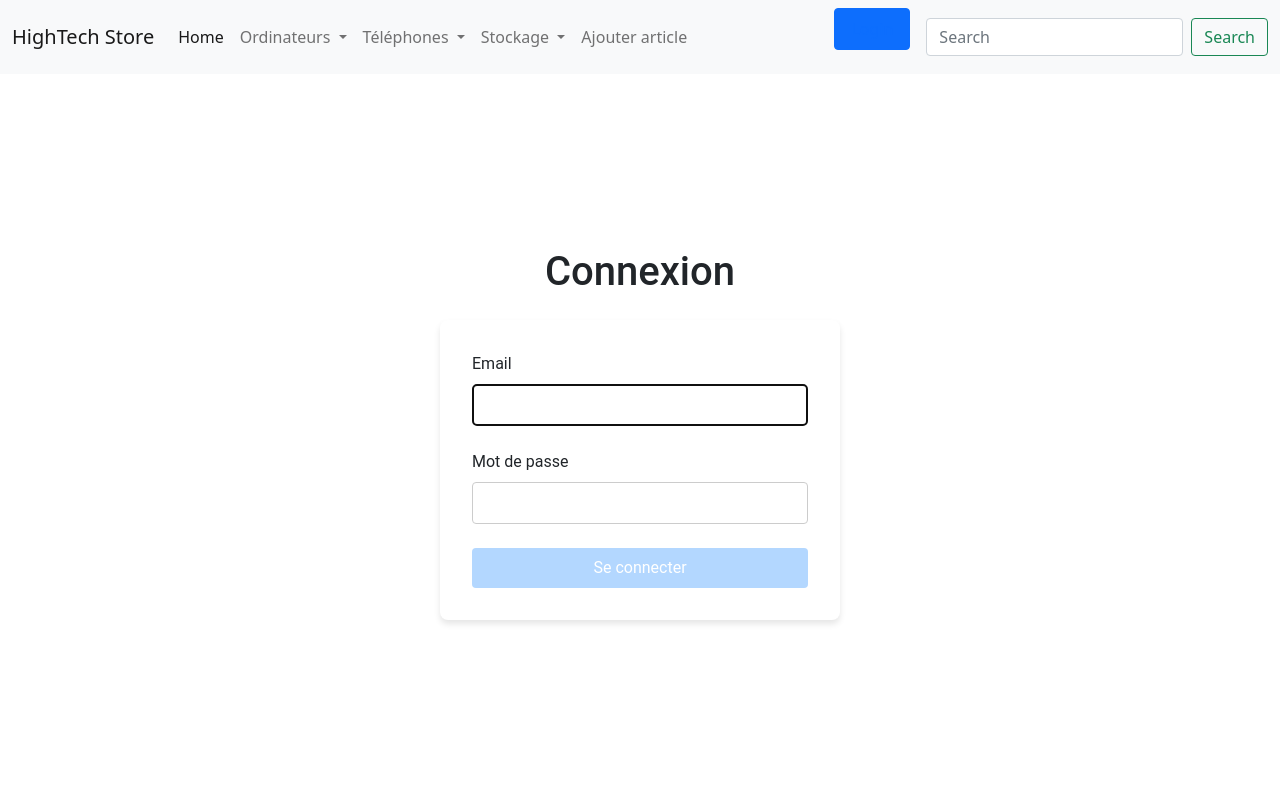
Repository: HaPhuong-krys/M1-angular
Page: /Connexion
The author's editor kept a copy of each file at every save. The page is drawn from the files as they stood at one save, then again after a run of saves.
The browser window is 1280 px wide. The pictures show the whole page.
The project was rebuilt for these pictures with package versions that can differ from the ones it lists, and the page was loaded fresh each time. Also part of the build but not shown: angular.json, src/app/home/home.component.ts, src/app/pc-bureau/pc-bureau.component.ts, src/app/pc-portable/pc-portable.component.ts, src/app/ajouter-article-form/ajouter-article-form.component.ts, src/app/Model/Articles.ts, src/app/accessoire-ordi/accessoire-ordi.component.ts, src/app/smart-phone/smart-phone.component.ts and 10 more.

Above is the page before, as saved 2023-04-23 16:20:52.

### src/index.html
<!doctype html>
<html lang="en">
<head>
  <meta charset="utf-8">
  <title>HighTechStore</title>
  <base href="/">
  <meta name="viewport" content="width=device-width, initial-scale=1">
  <link rel="icon" type="image/x-icon" href="favicon.ico">
  <!-- Boostrap css -->
  <link href="https://cdn.jsdelivr.net/npm/bootstrap@5.0.2/dist/css/bootstrap.min.css"
  rel="stylesheet" integrity="sha384-EVSTQN3/azprG1Anm3QDgpJLIm9Nao0Yz1ztcQTwFspd3yD65VohhpuuCOmLASjC" crossorigin="anonymous">
</head>
<body>
  <app-root></app-root>
   <!-- Boostrap -->
  <script src="https://cdn.jsdelivr.net/npm/@popperjs/core@2.9.2/dist/umd/popper.min.js"
  integrity="sha384-IQsoLXl5PILFhosVNubq5LC7Qb9DXgDA9i+tQ8Zj3iwWAwPtgFTxbJ8NT4GN1R8p" crossorigin="anonymous"></script>
  <script src="https://cdn.jsdelivr.net/npm/bootstrap@5.0.2/dist/js/bootstrap.min.js"
  integrity="sha384-cVKIPhGWiC2Al4u+LWgxfKTRIcfu0JTxR+EQDz/bgldoEyl4H0zUF0QKbrJ0EcQF" crossorigin="anonymous"></script>
</body>
</html>

### src/app/app.module.ts
import { NgModule } from '@angular/core';
import { BrowserModule } from '@angular/platform-browser';

import { AppRoutingModule } from './app-routing.module';
import { AppComponent } from './app.component';
import { NavbarComponent } from './navbar/navbar.component';
import { HomeComponent } from './home/home.component';
import { PcPortableComponent } from './pc-portable/pc-portable.component';
import { PcBureauComponent } from './pc-bureau/pc-bureau.component';
import { ConnexionComponent } from './connexion/connexion.component';
import { PhonesModule } from './modules/phones/phones.module';
import { StockageModule } from './modules/stockage/stockage.module';
import { AjouterArticleFormComponent } from './ajouter-article-form/ajouter-article-form.component';
import {HttpClientModule} from '@angular/common/http';
import { PcPortableServiceService } from './pc-portable-service.service';
import { FormCreationArticleService } from './form-creation-article.service';
import { FooterComponent } from './footer/footer.component';
import { FormsModule } from '@angular/forms';
import { HomeService } from './home.service';
import { PcBureauServiceService } from './pc-bureau-service.service';
import { AccesOrdiServiceService } from './acces-ordi-service.service';
import { AccessoireOrdiComponent } from './accessoire-ordi/accessoire-ordi.component';
import { SmartPhoneComponent } from './smart-phone/smart-phone.component';
import { SmartPhoneServiceService } from './smart-phone-service.service';
import { TelephoneFixComponent } from './telephone-fix/telephone-fix.component';
import { TelephoneFixServiceService } from './telephone-fix-service.service';
import { AccessoireTelfixComponent } from './accessoire-telfix/accessoire-telfix.component';
import { AccesTelfixServiceService } from './acces-telfix-service.service';
import { DisqueDurComponent } from './disque-dur/disque-dur.component';
import { UsbComponent } from './usb/usb.component';
import { AccessoireStockageComponent } from './accessoire-stockage/accessoire-stockage.component';
import { DisqueDurServiceService } from './disque-dur-service.service';
import { UsersComponent } from './users/users.component';
import { DeconnexionComponent } from './deconnexion/deconnexion.component';

@NgModule({
  declarations: [
    AppComponent,
    NavbarComponent,
    HomeComponent,
    PcPortableComponent,
    PcBureauComponent,
    ConnexionComponent,
    AjouterArticleFormComponent,
    FooterComponent,
    AccessoireOrdiComponent,
    SmartPhoneComponent,
    TelephoneFixComponent,
    AccessoireTelfixComponent,
    DisqueDurComponent,
    UsbComponent,
    AccessoireStockageComponent,
    UsersComponent,
    DeconnexionComponent,


  ],
  imports: [
    BrowserModule,
    AppRoutingModule,
    PhonesModule,
    StockageModule,
    HttpClientModule,
    FormsModule
  ],
  providers: [
    PcPortableServiceService,
    FormCreationArticleService,
    HomeService,
    PcBureauServiceService,
    AccesOrdiServiceService,
    SmartPhoneServiceService,
    TelephoneFixServiceService,
    AccesTelfixServiceService,
    DisqueDurServiceService
  ],
  bootstrap: [AppComponent]
})
export class AppModule { }

### src/app/app-routing.module.ts
import { NgModule } from '@angular/core';
import { RouterModule, Routes } from '@angular/router';
import { ConnexionComponent } from './connexion/connexion.component';
import { HomeComponent } from './home/home.component';
import { PcBureauComponent } from './pc-bureau/pc-bureau.component';
import { PcPortableComponent } from './pc-portable/pc-portable.component';
import { AjouterArticleFormComponent } from './ajouter-article-form/ajouter-article-form.component';
import { AccessoireOrdiComponent } from './accessoire-ordi/accessoire-ordi.component';
import { SmartPhoneComponent } from './smart-phone/smart-phone.component';
import { TelephoneFixComponent } from './telephone-fix/telephone-fix.component';
import { AccessoireTelfixComponent } from './accessoire-telfix/accessoire-telfix.component';
import { DisqueDurComponent } from './disque-dur/disque-dur.component';
import { UsbComponent } from './usb/usb.component';
import { AccessoireStockageComponent } from './accessoire-stockage/accessoire-stockage.component';

const routes: Routes = [
  { path:'home', component:HomeComponent},
  { path: 'PcPortable', component: PcPortableComponent},
  { path: 'PcBureau', component: PcBureauComponent},
  { path: 'Connexion', component: ConnexionComponent},
  { path: 'AjouterAticleForm', component: AjouterArticleFormComponent},
  { path: 'AccessoireOrdi', component: AccessoireOrdiComponent},
  { path: 'SmartPhone', component: SmartPhoneComponent},
  { path: 'telephoneFix', component: TelephoneFixComponent},
  { path: 'AccessoireTelFix', component: AccessoireTelfixComponent},
  { path: 'DisqueDur', component: DisqueDurComponent},
  { path: 'USB', component: UsbComponent},
  { path: 'AccessoireStock', component : AccessoireStockageComponent}
];

@NgModule({
  imports: [RouterModule.forRoot(routes)],
  exports: [RouterModule]
})
export class AppRoutingModule { }

### src/app/app.component.ts
import { Component } from '@angular/core';

@Component({
  selector: 'app-root',
  templateUrl: './app.component.html',
  styleUrls: ['./app.component.css']
})
export class AppComponent {
  title = 'HighTechStore';
}

### src/app/navbar/navbar.component.ts
import { Component, OnInit } from '@angular/core';
import { Router } from '@angular/router';
import { LoginService, User } from '../login.service';
import { Observable } from 'rxjs';

@Component({
  selector: 'app-navbar',
  templateUrl: './navbar.component.html',
  styleUrls: ['./navbar.component.css']
})
export class NavbarComponent implements OnInit {
  isLoggedIn$ = this.authService.isLoggedIn$;
  currentUser$: Observable<User> = this.authService.currentUser$;

  constructor(private authService: LoginService, private router: Router) { }

  ngOnInit(): void {
  }

  logout() {
    this.authService.logout();
    this.router.navigate(['/Connexion']);
  }

}

### src/app/connexion/connexion.component.ts
import { Component } from '@angular/core';
import { NgForm } from '@angular/forms';
import { Router } from '@angular/router';
import { LoginService } from '../login.service';

@Component({
  selector: 'app-connexion',
  templateUrl: './connexion.component.html',
  styleUrls: ['./connexion.component.css']
})
export class ConnexionComponent {
  user = {
    email: '',
    password: ''
  };

  constructor(private authService: LoginService, private router: Router) { }

  onSubmit(loginForm: NgForm) {
    if (loginForm.valid) {
      this.authService.login(this.user.email, this.user.password).subscribe(
        (user) => {
          if (user) {
            console.log('Utilisateur connecté avec succès');
            this.authService.login(this.user.email, this.user.password);
            this.router.navigate(['/home']);
          } else {
            console.log('Échec de la connexion');
          }
        },
        (error) => {
          console.log('Erreur lors de la connexion', error);
        }
      );
    }
  }
}

### src/app/modules/phones/phones.module.ts
import { NgModule } from '@angular/core';
import { CommonModule } from '@angular/common';

import { PhonesRoutingModule } from './phones-routing.module';


@NgModule({
  declarations: [],
  imports: [
    CommonModule,
    PhonesRoutingModule
  ]
})
export class PhonesModule { }

### src/app/modules/stockage/stockage.module.ts
import { NgModule } from '@angular/core';
import { CommonModule } from '@angular/common';

import { StockageRoutingModule } from './stockage-routing.module';


@NgModule({
  declarations: [],
  imports: [
    CommonModule,
    StockageRoutingModule
  ]
})
export class StockageModule { }

### src/app/pc-portable-service.service.ts
import { Injectable } from '@angular/core';
import  { HttpClient, HttpClientModule } from  '@angular/common/http';
import { Observable } from 'rxjs';
import { Articles } from './Model/Articles';


@Injectable({
  providedIn: 'root'
})
export class PcPortableServiceService {
  url_portable = 'http://localhost:8080/Projet-REST-V1/articles/list/PC_Portable';

  constructor(private http:HttpClient) { }

  getArticlePcPortable():Observable<Array<Articles>>{
    return this.http.get<Array<Articles>>(this.url_portable);
  }
}

### src/app/form-creation-article.service.ts
import { Injectable } from '@angular/core';
import  { HttpClient, HttpClientModule, HttpHeaders } from  '@angular/common/http';
import { Observable } from 'rxjs';
import { Categories } from './Model/Categories';
import { Articles } from './Model/Articles';


@Injectable({
  providedIn: 'root'
})
export class FormCreationArticleService {

  url = 'http://localhost:8080/Projet-REST-V1/categories/list';

  addUrl = 'http://localhost:8080/Projet-REST-V1/articles';

  articleData: any = {};

  constructor(private http:HttpClient) { }

  getAllCategories():Observable<Array<Categories>>{
    return this.http.get<Array<Categories>>(this.url);
  }

  httpOptions = {
    headers: new HttpHeaders({ 'Content-Type': 'application/json' })
  };

  addArticle(article: Articles): Observable<Articles> {
    const url = `${this.addUrl}/add`;
    return this.http.post<Articles>(url, article, this.httpOptions);
    //return this.http.post<Articles[]>(`${this.addUrl}/add`, article);
  }

}

### src/app/home.service.ts
import { Injectable } from '@angular/core';
import  { HttpClient, HttpClientModule, HttpHeaders } from  '@angular/common/http';
import { Observable } from 'rxjs';
import { Categories } from './Model/Categories';
import { Articles } from './Model/Articles';

@Injectable({
  providedIn: 'root'
})
export class HomeService {
  url = 'http://localhost:8080/Projet-REST-V1/articles/list';
  articleData: any = {};

  constructor(private http:HttpClient) { }

  getAllArticle():Observable<Array<Articles>>{
    return this.http.get<Array<Articles>>(this.url);
  }
}

### src/app/pc-bureau-service.service.ts
import { HttpClient } from '@angular/common/http';
import { Injectable } from '@angular/core';
import { Observable } from 'rxjs';
import { Articles } from './Model/Articles';

@Injectable({
  providedIn: 'root'
})
export class PcBureauServiceService {

  url_bureau = 'http://localhost:8080/Projet-REST-V1/articles/list/PC_Bureau';

  constructor(private http:HttpClient) { }

  getArticlePcBureau():Observable<Array<Articles>>{
    return this.http.get<Array<Articles>>(this.url_bureau);
  }
}

### src/app/acces-ordi-service.service.ts
import { HttpClient } from '@angular/common/http';
import { Injectable } from '@angular/core';
import { Observable } from 'rxjs';
import { Articles } from './Model/Articles';

@Injectable({
  providedIn: 'root'
})
export class AccesOrdiServiceService {

  access_ordi = 'http://localhost:8080/Projet-REST-V1/articles/list/accessoire_ordi';
  constructor(private http:HttpClient) { }

  getArticleAccesoireOrdi(): Observable<Array<Articles>>{
    return this.http.get<Array<Articles>>(this.access_ordi);
  }
}

### src/app/smart-phone-service.service.ts
import { HttpClient } from '@angular/common/http';
import { Injectable } from '@angular/core';
import { Observable } from 'rxjs';
import { Articles } from './Model/Articles';

@Injectable({
  providedIn: 'root'
})
export class SmartPhoneServiceService {

  url_smartphone = 'http://localhost:8080/Projet-REST-V1/articles/list/smartphone';


  constructor(private http: HttpClient) { }

  getArticleSmartphone():Observable<Array<Articles>>{
    return this.http.get<Array<Articles>>(this.url_smartphone);
  }
}

### src/app/telephone-fix-service.service.ts
import { HttpClient } from '@angular/common/http';
import { Injectable } from '@angular/core';
import { Articles } from './Model/Articles';

@Injectable({
  providedIn: 'root'
})
export class TelephoneFixServiceService {
  url_telFix = 'http://localhost:8080/Projet-REST-V1/articles/list/telephoneFix';

  constructor(private http: HttpClient) { }

  getArticleTelephoneFix(){
    return this.http.get<Array<Articles>>(this.url_telFix);
  }
}

### src/app/acces-telfix-service.service.ts
import { HttpClient } from '@angular/common/http';
import { Injectable } from '@angular/core';
import { Articles } from './Model/Articles';

@Injectable({
  providedIn: 'root'
})
export class AccesTelfixServiceService {

  url_accesstel= 'http://localhost:8080/Projet-REST-V1/articles/list/accessoire_tel';

  constructor(private http:HttpClient) { }

  getArticleAccessoireTelFix(){
    return this.http.get<Array<Articles>>(this.url_accesstel);
  }

}

### src/app/disque-dur-service.service.ts
import { HttpClient } from '@angular/common/http';
import { Injectable } from '@angular/core';
import { Articles } from './Model/Articles';

@Injectable({
  providedIn: 'root'
})
export class DisqueDurServiceService {

  url_disque = 'http://localhost:8080/Projet-REST-V1/articles/list/Disque_dur';

  constructor(private http:HttpClient) { }

  getArticleDisqurDur(){
    return this.http.get<Array<Articles>>(this.url_disque);
  }

}

### src/app/navbar/navbar.component.html

<nav class="navbar navbar-expand-lg navbar-light bg-light">
    <div class="container-fluid">
      <a class="navbar-brand" routerLink="/home">HighTech Store</a>
      <button class="navbar-toggler" type="button" data-bs-toggle="collapse" data-bs-target="#navbarSupportedContent" aria-controls="navbarSupportedContent" aria-expanded="false" aria-label="Toggle navigation">
        <span class="navbar-toggler-icon"></span>
      </button>
      <div class="collapse navbar-collapse" id="navbarSupportedContent">
        <ul class="navbar-nav me-auto mb-2 mb-lg-0">
          <li class="nav-item">
            <a class="nav-link active" aria-current="page" href="/home">Home</a>
          </li>
          <li class="nav-item dropdown">
            <a class="nav-link dropdown-toggle" href="#" id="navbarDropdown" role="button" data-bs-toggle="dropdown" aria-expanded="false">
              Ordinateurs
            </a>
            <ul class="dropdown-menu" aria-labelledby="navbarDropdown">
              <li><a class="dropdown-item" routerLink="/PcPortable">Pc Portables</a></li>
              <li><a class="dropdown-item" routerLink="/PcBureau">Pc de bureau</a></li>
              <li><hr class="dropdown-divider"></li>
              <li><a class="dropdown-item" href="/AccessoireOrdi">Accessoires</a></li>
            </ul>
          </li>
          <li class="nav-item dropdown">
            <a class="nav-link dropdown-toggle" href="#" id="navbarDropdown" role="button" data-bs-toggle="dropdown" aria-expanded="false">
              Téléphones
            </a>
            <ul class="dropdown-menu" aria-labelledby="navbarDropdown">
              <li><a class="dropdown-item" routerLink="/SmartPhone">Smartphones</a></li>
              <li><a class="dropdown-item" routerLink="/telephoneFix">Téléphones Fixes</a></li>
              <li><hr class="dropdown-divider"></li>
              <li><a class="dropdown-item" href="/AccessoireTelFix">Accessoires</a></li>
            </ul>
          </li>

          <li class="nav-item dropdown">
            <a class="nav-link dropdown-toggle" href="#" id="navbarDropdown" role="button" data-bs-toggle="dropdown" aria-expanded="false">
              Stockage
            </a>
            <ul class="dropdown-menu" aria-labelledby="navbarDropdown">
              <li><a class="dropdown-item" routerLink="/DisqueDur">Disque Dur</a></li>
              <li><a class="dropdown-item" routerLink="/USB">Clé USB</a></li>
              <li><hr class="dropdown-divider"></li>
              <li><a class="dropdown-item" href="/AccessoireStock">Accessoire</a></li>
            </ul>
          </li>

          <li class="nav-item">
            <a class="nav-link" href="/AjouterAticleForm">Ajouter article</a>
          </li>


        </ul>


        <div class="d-flex align-items-center justify-content-between text-center">
          <div class="ml-auto">
            <ng-container *ngIf="isLoggedIn$ | async">
              <svg xmlns="http://www.w3.org/2000/svg" width="16" height="16" fill="currentColor" class="bi bi-person" viewBox="0 0 16 16">
                <path d="M8 8a3 3 0 1 0 0-6 3 3 0 0 0 0 6Zm2-3a2 2 0 1 1-4 0 2 2 0 0 1 4 0Zm4 8c0 1-1 1-1 1H3s-1 0-1-1 1-4 6-4 6 3 6 4Zm-1-.004c-.001-.246-.154-.986-.832-1.664C11.516 10.68 10.289 10 8 10c-2.29 0-3.516.68-4.168 1.332-.678.678-.83 1.418-.832 1.664h10Z"/>
              </svg>
              <span *ngIf="currentUser$ | async as currentUser">{{ currentUser.firstname }}</span>
            </ng-container>
          </div>
          <div class="">
            <ul class="d-flex align-items-center" *ngIf="isLoggedIn$ | async">
              <li class="nav-item">
                <a class="nav-link btn btn-danger mx-3" (click)="logout()" routerLink="/Home">Logout</a>
              </li>
            </ul>
            <ul class="d-flex align-items-center" *ngIf="!(isLoggedIn$ | async)">
                <a routerLink="/Connexion" class="nav-link btn btn-primary mx-3" role="button">Login</a>
            </ul>
          </div>
          <form class="d-flex">
            <input class="form-control me-2" type="search" placeholder="Search" aria-label="Search">
            <button class="btn btn-outline-success" type="submit">Search</button>
          </form>
        </div>
      </div>
    </div>
  </nav>

### src/app/login.service.ts
import { HttpClient } from '@angular/common/http';
import { Injectable } from '@angular/core';
import { BehaviorSubject } from 'rxjs';
import { tap } from 'rxjs/operators';
import { Router } from '@angular/router';

export interface User {
  id_user: number;
  firstname: string;
  lastname: string;
  email: string;
  password: string;
  role: string;
}

@Injectable({
  providedIn: 'root'
})
export class LoginService {

  private apiUrl = 'http://localhost:8080/Projet-REST-V1/users';

  private isLoggedIn = new BehaviorSubject<boolean>(false);
  isLoggedIn$ = this.isLoggedIn.asObservable();

  public currentUser = new BehaviorSubject<User>({ id_user: 0, firstname: '', lastname: '', email: '', password: '', role: '' });
  currentUser$ = this.currentUser.asObservable();

  constructor(private http: HttpClient, private router : Router) { }

  login(email: string, password: string) {
    const body = { email: email, password: password };
    return this.http.post<User>(`${this.apiUrl}/login`, body).pipe(
      tap((user) => {
        this.isLoggedIn.next(true);
        this.currentUser.next(user);
      })
    );
  }

  logout() {
    this.isLoggedIn.next(false);
    this.currentUser.next({ id_user: 0, firstname: '', lastname: '', email: '', password: '', role: '' });
    this.router.navigate(['/Connexion']);
  }

}

### src/app/connexion/connexion.component.html
<!-- login.component.html -->
<div class="login-container">
    <h1>Connexion</h1>
    <div class="form-container">
    <form (submit)="onSubmit(loginForm)" #loginForm="ngForm">
      <div class="form-group">
        <label for="email">Email</label>
        <input type="text" id="email" name="username" [(ngModel)]="user.email" required autofocus>
      </div>

      <div class="form-group">
        <label for="password">Mot de passe</label>
        <input type="password" id="password" name="password" [(ngModel)]="user.password" required>
      </div>

      <button type="submit" [disabled]="!loginForm.valid">Se connecter</button>
    </form>
  </div>

### src/app/connexion/connexion.component.css
/* connexion.component.css */
/* connexion.component.css */
.login-container {
    display: flex;
    flex-direction: column;
    justify-content: center;
    align-items: center;
    min-height: 100vh;
    font-family: 'Roboto', sans-serif;
  }

  h1 {
    text-align: center;
    margin-bottom: 1.5rem;
  }

  .form-container {
    background-color: #ffffff;
    padding: 2rem;
    border-radius: 8px;
    box-shadow: 0 4px 6px rgba(0, 0, 0, 0.1);
    width: 100%;
    max-width: 400px;
  }

.form-group {
  display: flex;
  flex-direction: column;
  margin-bottom: 1.5rem;
}

label {
  margin-bottom: 0.5rem;
}

input {
  padding: 0.5rem;
  font-size: 1rem;
  border: 1px solid #cccccc;
  border-radius: 4px;
}

button {
  cursor: pointer;
  background-color: #007bff;
  color: #ffffff;
  padding: 0.5rem;
  font-size: 1rem;
  border: none;
  border-radius: 4px;
  width: 100%;
}

button:hover {
  background-color: #0069d9;
}

button:disabled {
  background-color: #b3d7ff;
  cursor: not-allowed;
}

### src/app/modules/phones/phones-routing.module.ts
import { NgModule } from '@angular/core';
import { RouterModule, Routes } from '@angular/router';

const routes: Routes = [];

@NgModule({
  imports: [RouterModule.forChild(routes)],
  exports: [RouterModule]
})
export class PhonesRoutingModule { }

### src/app/modules/stockage/stockage-routing.module.ts
import { NgModule } from '@angular/core';
import { RouterModule, Routes } from '@angular/router';

const routes: Routes = [];

@NgModule({
  imports: [RouterModule.forChild(routes)],
  exports: [RouterModule]
})
export class StockageRoutingModule { }

Loaded but not shown: src/styles.css (common file); src/main.ts (common file); src/app/app.component.html (common file); src/app/app.component.css (no stored copy; drawn as an empty file); src/app/navbar/navbar.component.css (no stored copy; drawn as an empty file)

After the next 2 saves:
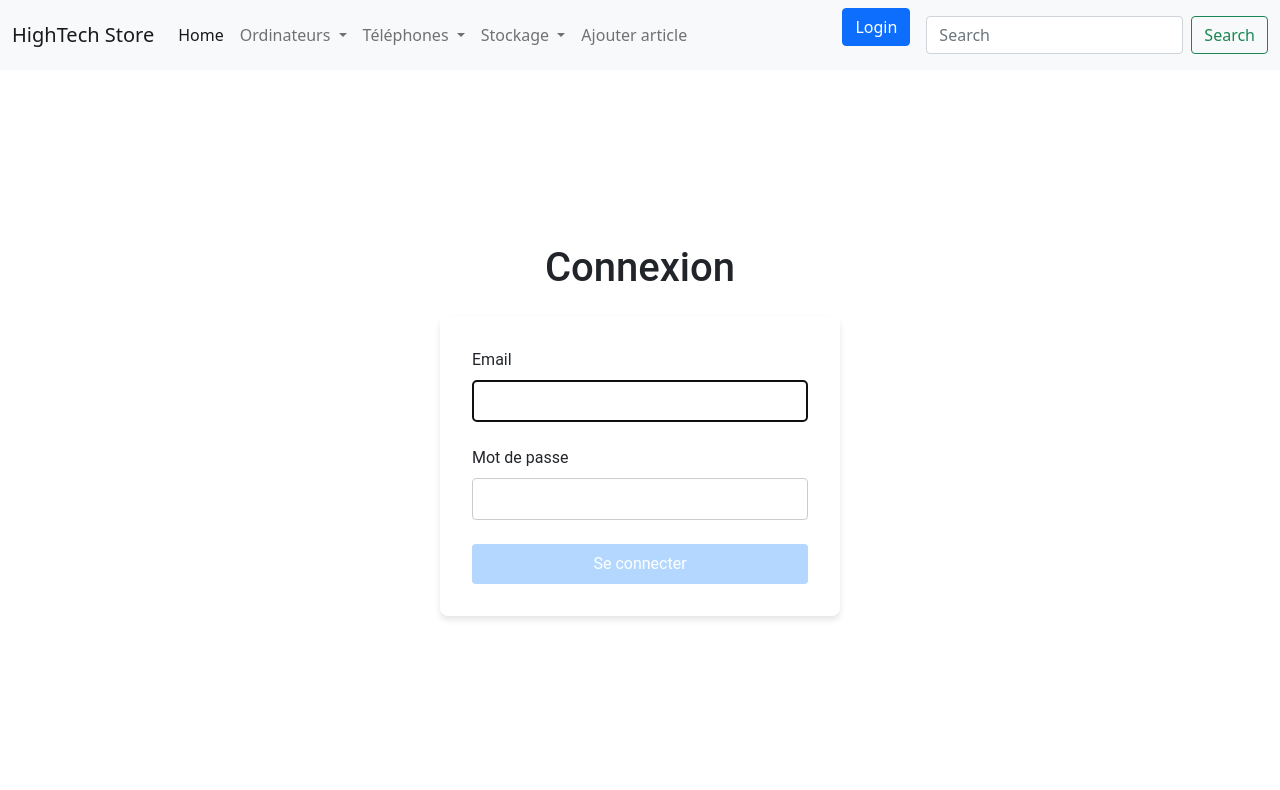
The 2 saves are shown as one change because they came seconds apart.
The last was saved 20 s later.
--- a/src/app/navbar/navbar.component.html
+++ b/src/app/navbar/navbar.component.html
@@ -62,21 +62,19 @@
               <span *ngIf="currentUser$ | async as currentUser">{{ currentUser.firstname }}</span>
             </ng-container>
           </div>
-          <div class="">
-            <ul class="d-flex align-items-center" *ngIf="isLoggedIn$ | async">
-              <li class="nav-item">
-                <a class="nav-link btn btn-danger mx-3" (click)="logout()" routerLink="/Home">Logout</a>
-              </li>
-            </ul>
-            <ul class="d-flex align-items-center" *ngIf="!(isLoggedIn$ | async)">
-                <a routerLink="/Connexion" class="nav-link btn btn-primary mx-3" role="button">Login</a>
-            </ul>
-          </div>
-          <form class="d-flex">
-            <input class="form-control me-2" type="search" placeholder="Search" aria-label="Search">
-            <button class="btn btn-outline-success" type="submit">Search</button>
-          </form>
+          <div class="ml-auto">
+          <ul class="d-flex" *ngIf="isLoggedIn$ | async">
+            <a class="btn btn-danger mx-3" (click)="logout()" routerLink="/Home">Logout</a>
+          </ul>
+          <ul class="d-flex" *ngIf="!(isLoggedIn$ | async)">
+            <a routerLink="/Connexion" class="btn btn-primary mx-3" role="button">Login</a>
+          </ul>
         </div>
+        <form class="d-flex">
+          <input class="form-control me-2" type="search" placeholder="Search" aria-label="Search">
+          <button class="btn btn-outline-success" type="submit">Search</button>
+        </form>
+      </div>
       </div>
     </div>
   </nav>
